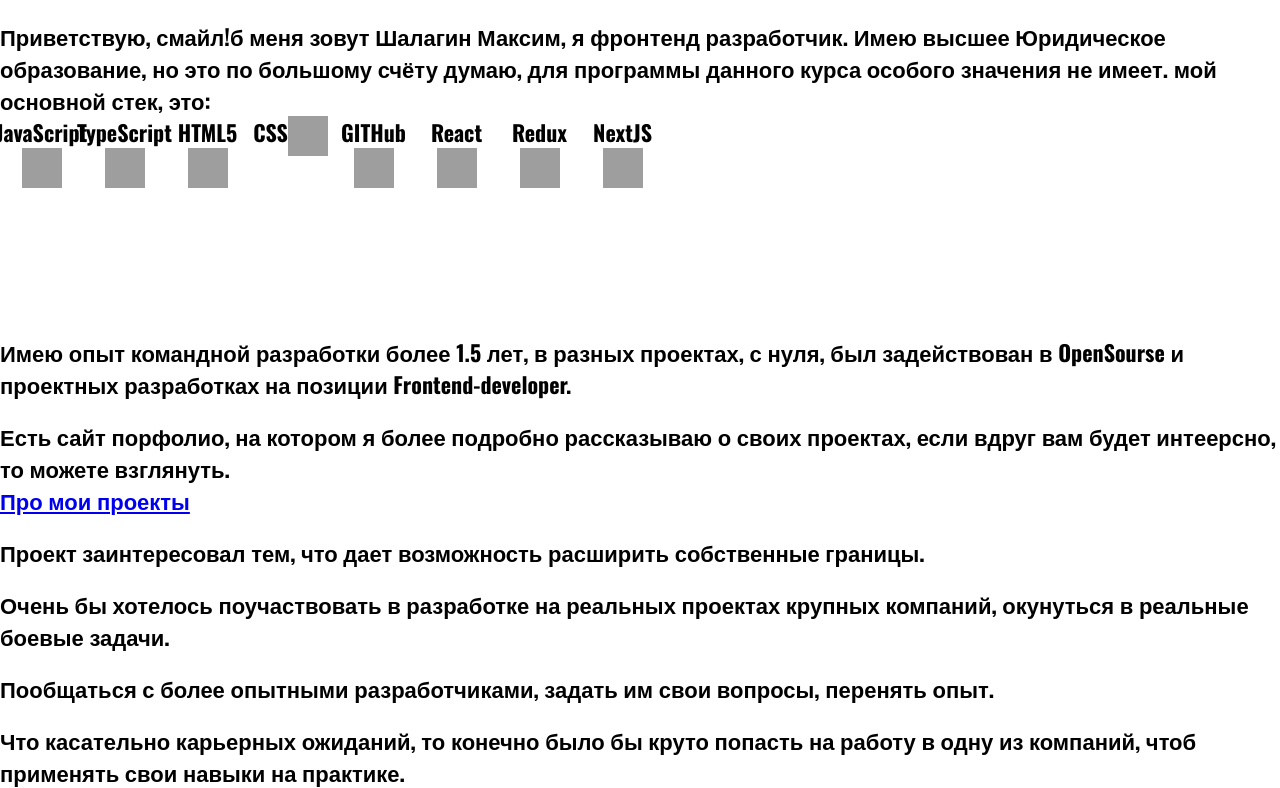
Repository: ni4egonepridumal/letter
Page: index.html
The author's editor kept a copy of each file at every save. The page is drawn from the files as they stood at one save, then again after the next save.
The browser window is 1280 px wide. The pictures show the whole page.
Pictures or frames that could not be fetched are drawn as grey boxes.

Above is the page before, as saved 2024-01-18 17:32:15.

After the next save:
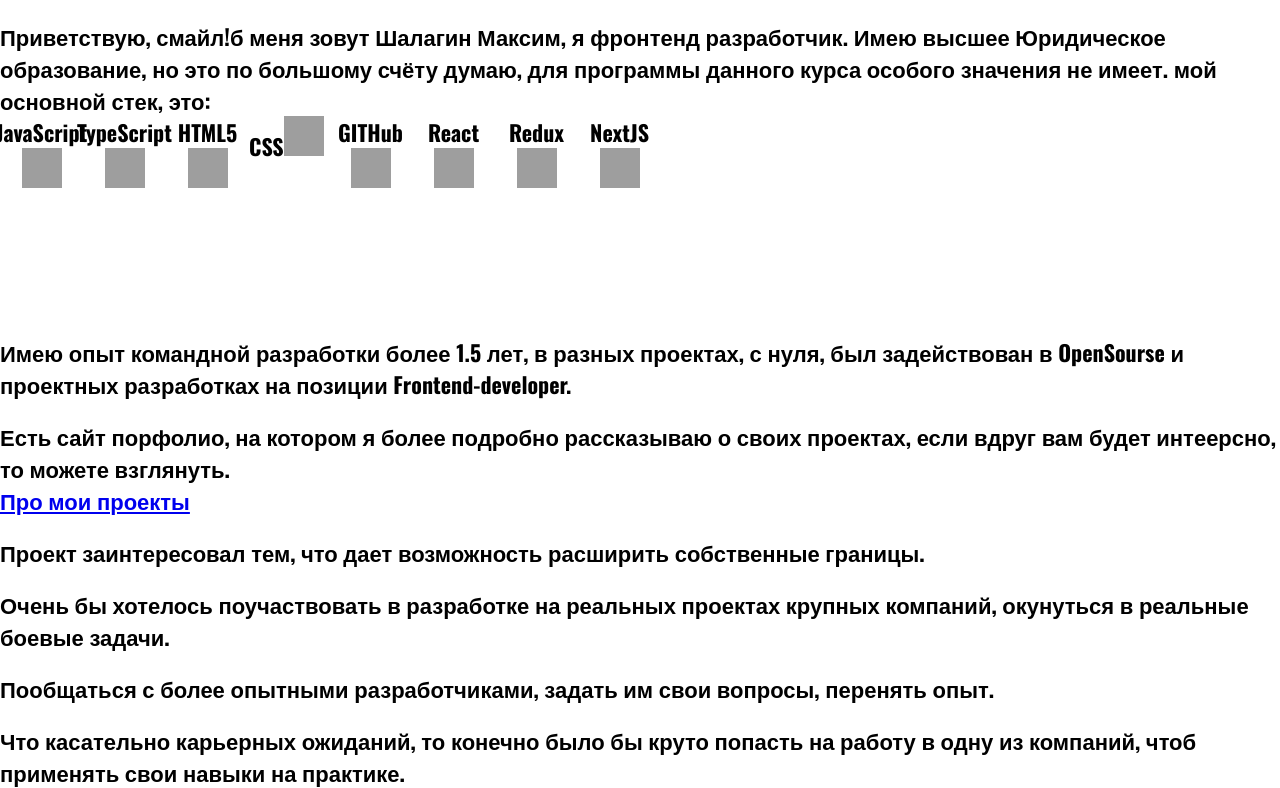
Saved 7 s later.
--- a/index.html
+++ b/index.html
@@ -48,7 +48,7 @@
             height="40"
           />
         </div>
-        <div class="img">
+        <div class="img_css">
           <label>CSS</label
           ><img
             src="https://raw.githubusercontent.com/devicons/devicon/master/icons/css3/css3-original-wordmark.svg"
